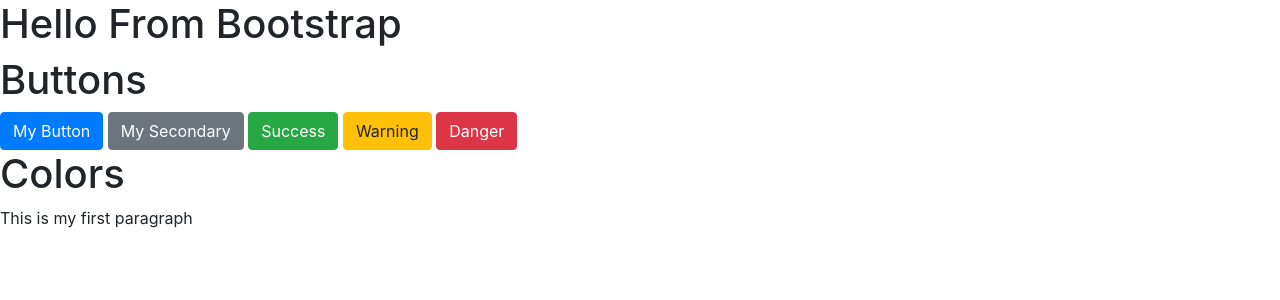
Repository: mohsinfarabi/bootstrap-practice
Page: index.html
These files come from the project's save history. The page is drawn as it stood at one moment and after the next save; the edit follows.
The browser window is 1280 px wide. The pictures show the whole page.

Above is the page before, as saved 2020-07-06 02:50:30.

### index.html
<!DOCTYPE html>
<html lang="en">

<head>
    <meta charset="UTF-8">
    <meta name="viewport" content="width=device-width, initial-scale=1.0">
    <title>Document</title>
    <link rel="stylesheet" href="css\bootstrap\css\bootstrap.min.css">
</head>

<body>
    <h1>Hello From Bootstrap</h1>
    <h1>Buttons</h1>
    <button class="btn btn-primary">My Button</button>
    <button class="btn btn-secondary">My Secondary</button>
    <button class="btn btn-success">Success</button>
    <button class="btn btn-warning">Warning</button>
    <button class="btn btn-danger">Danger</button>

    <h1>Colors</h1>
    <p>This is my first paragraph</p>
</body>

</html>

Loaded but not shown: css/bootstrap/css/bootstrap.min.css (library)

After the next save:
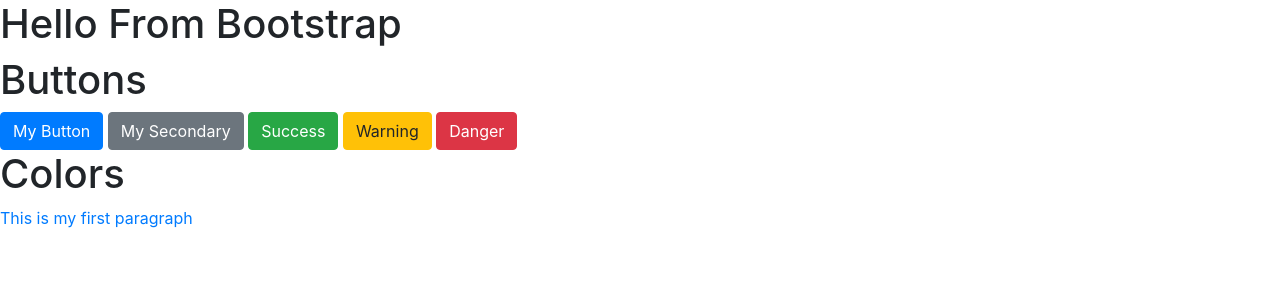
Saved 15 s later.
--- a/index.html
+++ b/index.html
@@ -18,7 +18,7 @@
     <button class="btn btn-danger">Danger</button>
 
     <h1>Colors</h1>
-    <p>This is my first paragraph</p>
+    <p class="text-primary">This is my first paragraph</p>
 </body>
 
 </html>
